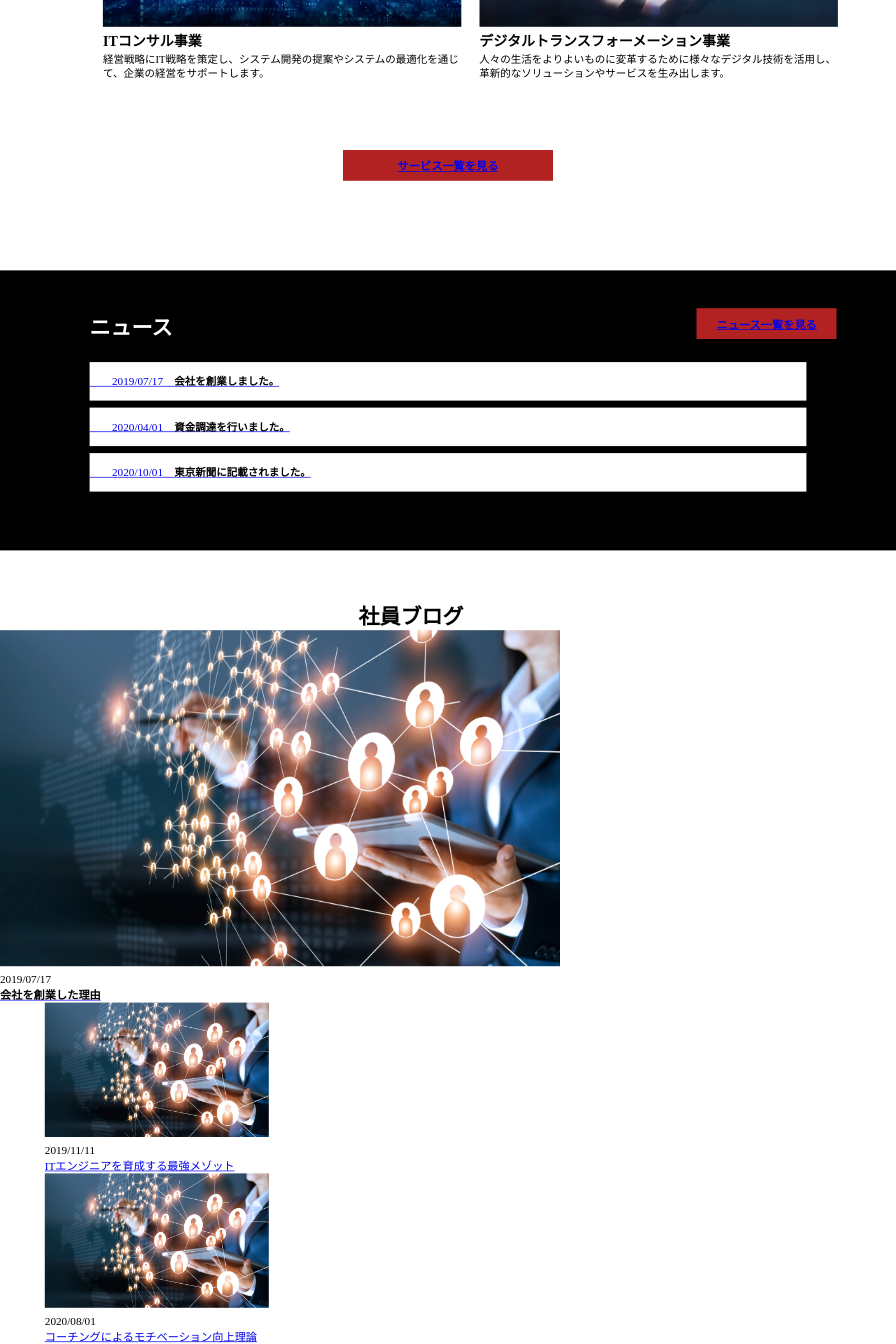
Repository: sigemasaasuka/20211012sigemasa
Page: index.html
An editor plug-in stored every save of this project. The page is shown before and after a run of saves, followed by the edit.
The browser window is 1280 px wide. The pictures show the part of the page from y = 1626 to 3546 px (the page is 3546 px tall), at 70% of full size.

Above is the page before, as saved 2021-10-19 17:52:19.

After the next 4 saves:
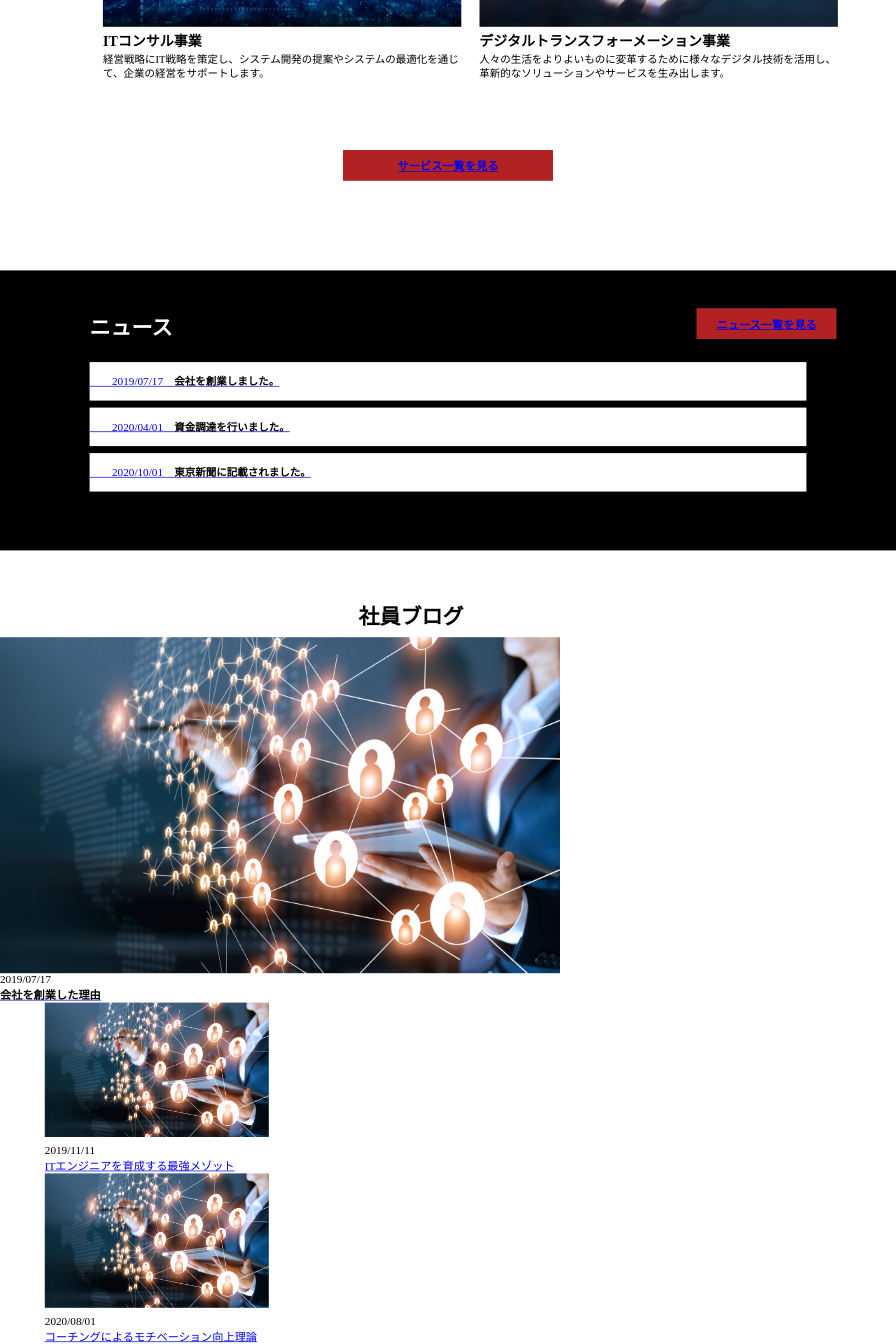
The 4 saves are shown as one change because they came seconds apart.
The last was saved 28 s later.
--- a/index.html
+++ b/index.html
@@ -108,12 +108,12 @@
       <div class="blog">
         <p>社員ブログ</p>
         </div>
-        <div class=""
+        <div class="reason"
         <div class="reason-png">
           <a href="index.html">
             <img src="img/blog.png" alt="blog">
           </a>
-          <p class="reason">2019/07/17</p>
+          <p class="reason1">2019/07/17</p>
           <a href="index.html"><p class="reason2">会社を創業した理由</p></a>
         </div>
         <div class="nurturing-png">
